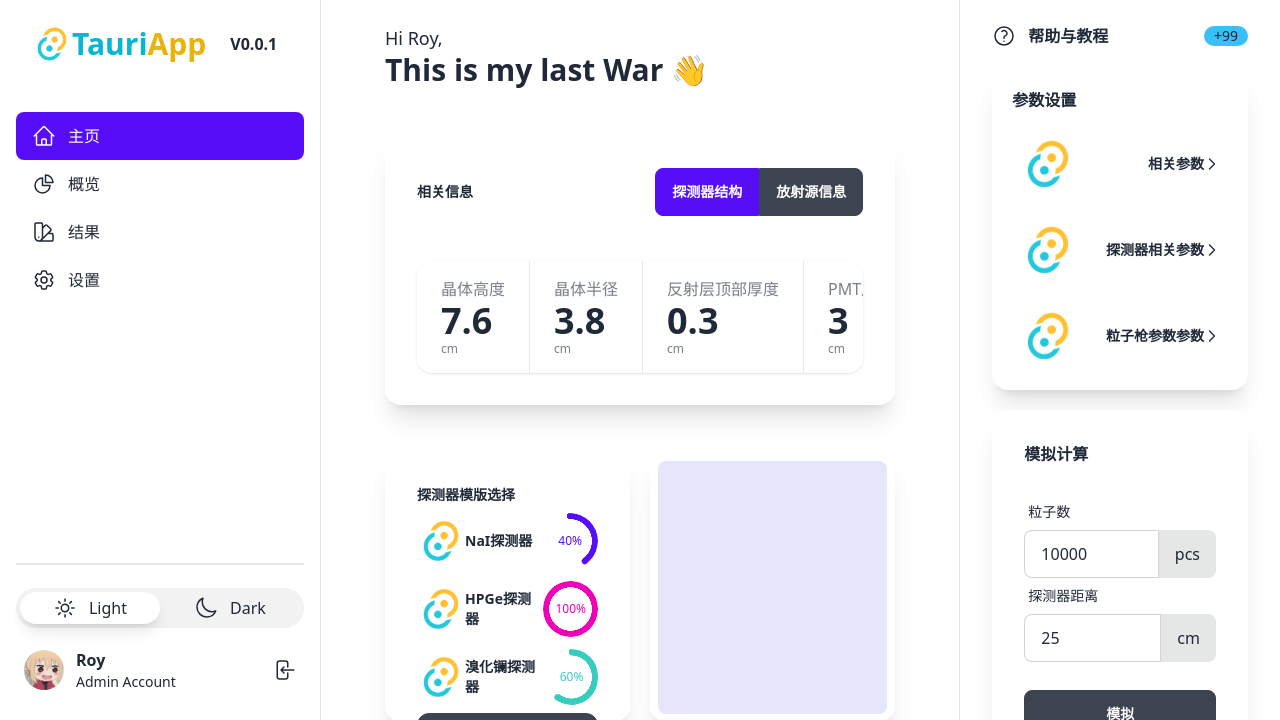
Repository: XMZOVO/tauri-geant4
Page: /
These files come from the project's save history. The page is drawn as it stood at one moment and after the next save; the edit follows.
The browser window is 1280 px wide. The pictures show the whole page.
The page's requests for data from a server got no answer. An inner scrolling area shows only its first screen. The project was rebuilt for these pictures with package versions that can differ from the ones it lists, and the page was loaded fresh each time. No one was signed in, and anything a server would have sent is missing. Also part of the build but not shown: vite.config.ts.

Above is the page before, as saved 2022-09-11 19:04:29.

After the next save:
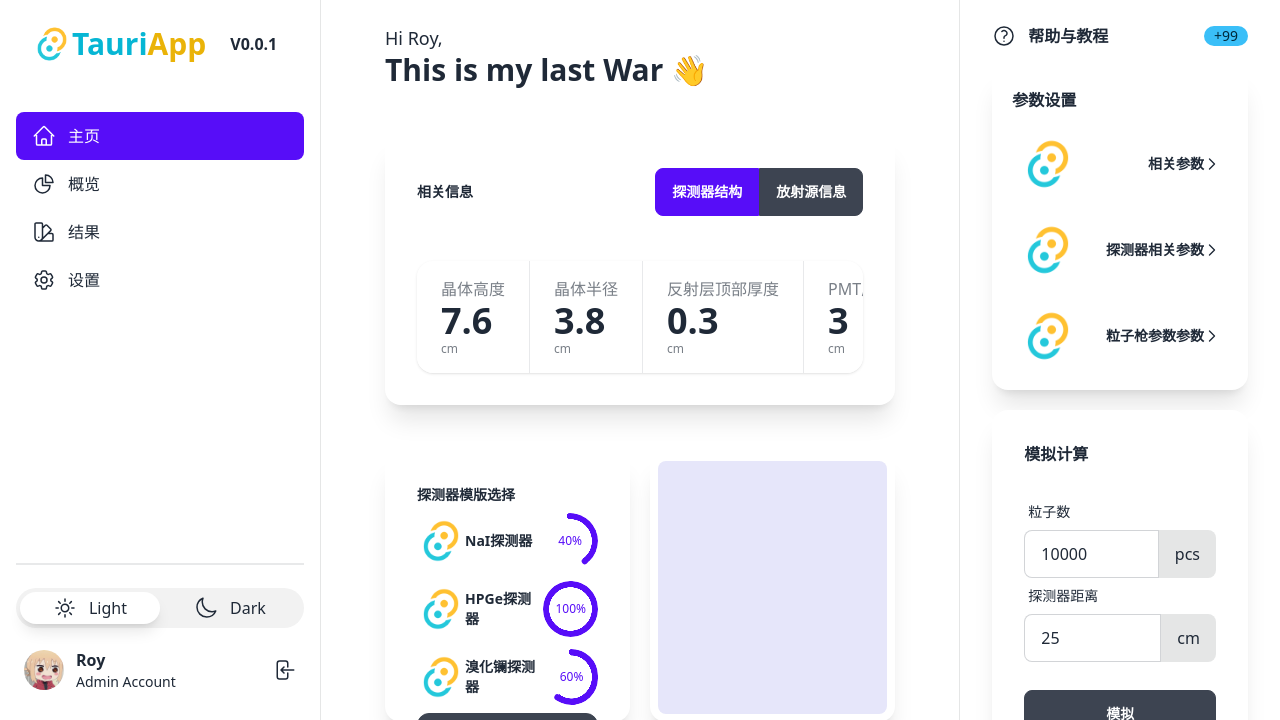
Saved 23 s later.
--- a/src/components/Home.vue
+++ b/src/components/Home.vue
@@ -187,12 +187,7 @@ const exitApp = async () => {
                 <img src="../assets/icon.png" class="h-12 w-12" />
                 <p class="text-sm font-semibold">{{ item.name }}</p>
                 <div
-                  class="radial-progress text-xs"
-                  :class="{
-                    ['text-primary']: index == 0,
-                    ['text-secondary']: index == 1,
-                    ['text-accent']: index == 2,
-                  }"
+                  class="radial-progress text-xs text-primary"
                   :style="
                     '--value: ' +
                     item.percent +
